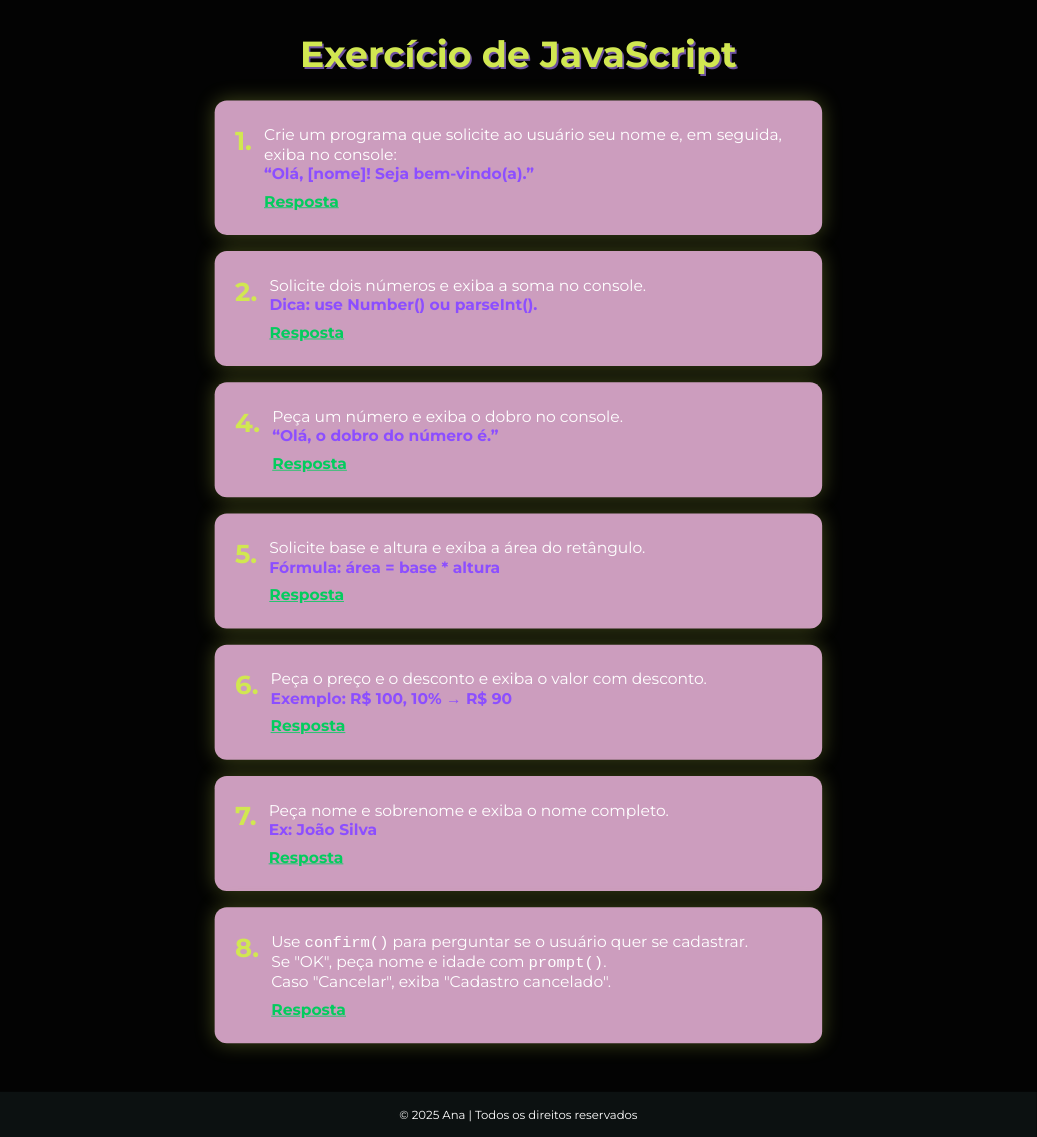
Repository: Anajaraa/atividadeJS
Page: index.html
The author's editor kept a copy of each file at every save. The page is drawn from the files as they stood at one save, then again after the next save.
The browser window is 1280 px wide. The pictures show the whole page, at 81% of full size.

Above is the page before, as saved 2025-08-05 13:51:42.

After the next save:
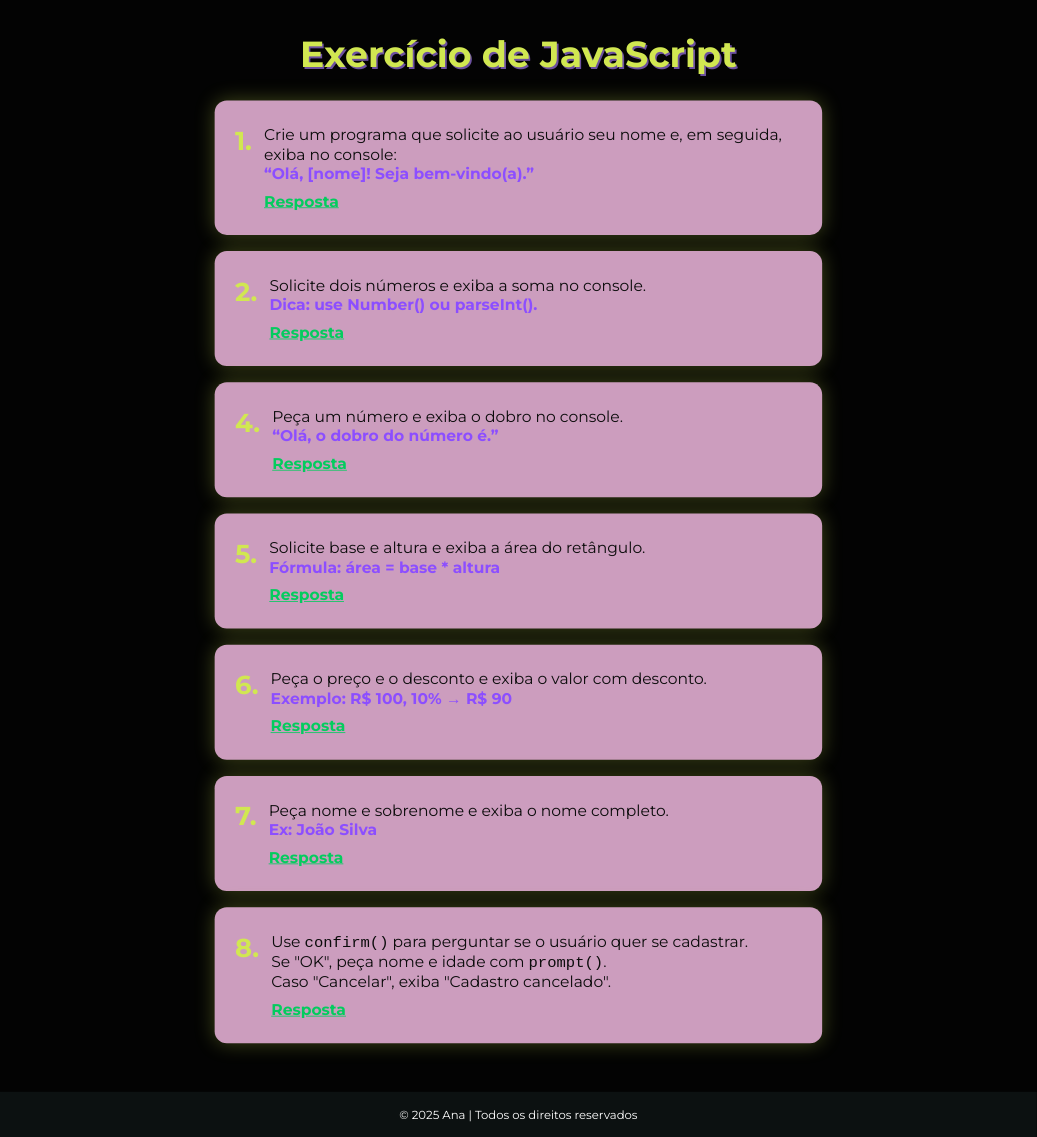
Saved 30 s later.
--- a/style.css
+++ b/style.css
@@ -58,7 +58,7 @@ h1 {
 
 .descricao {
   font-size: 1.2rem;
-  color: #ffffff;
+  color: #0c0c0c;
   text-align: left;
   flex: 1;
   position: relative;
